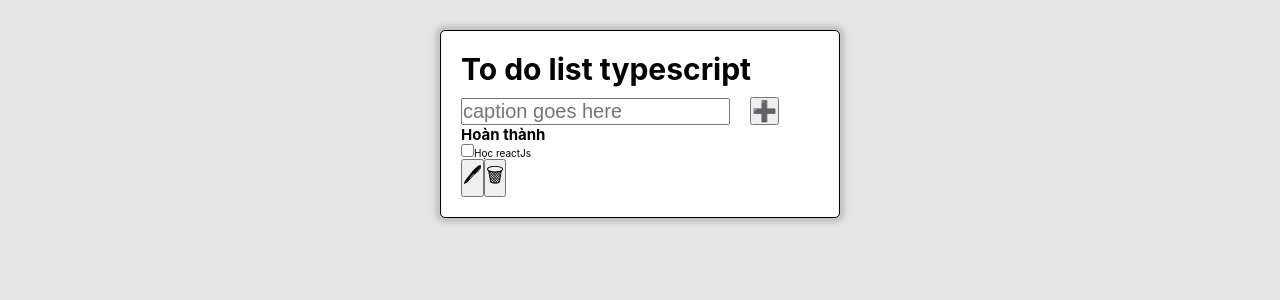
Repository: Nhatktvn/TodoListReactTs
Page: /
The author's editor kept a copy of each file at every save. The page is drawn from the files as they stood at one save, then again after the next save.
The browser window is 1280 px wide. The pictures show the whole page.
The project was rebuilt for these pictures with package versions that can differ from the ones it lists, and the page was loaded fresh each time. Also part of the build but not shown: src/components/TaskList/tasklist.module.scss.

Above is the page before, as saved 2023-11-08 08:46:03.

### src/index.css
* {
  margin: 0;
  padding: 0;
  box-sizing: border-box;
}

html {
  font-size: 10px;
  --font-size: 2rem;
}

body {
  margin: 0;
  font-family: -apple-system, BlinkMacSystemFont, 'Segoe UI', 'Roboto', 'Oxygen', 'Ubuntu', 'Cantarell', 'Fira Sans',
    'Droid Sans', 'Helvetica Neue', sans-serif;
  -webkit-font-smoothing: antialiased;
  -moz-osx-font-smoothing: grayscale;
  background-color: #e5e5e5;
}

input,
button {
  font-size: var(--font-size);
}
code {
  font-family: source-code-pro, Menlo, Monaco, Consolas, 'Courier New', monospace;
}

### src/App.tsx
import React from 'react'
import './App.css'
import TodoList from './components/TodoList/TodoList'

function App() {
  return (
    <div className='App'>
      <TodoList />
    </div>
  )
}

export default App

### src/components/TodoList/TodoList.tsx
import React from 'react'
import styles from './todoList.module.scss'
import TaskInput from '../TaskInput/TaskInput'
import TaskList from '../TaskList/TaskList'
export default function TodoList() {
  return (
    <div className={styles.todoList}>
      <div className={styles.todoListContainer}>
        <TaskInput />
        <TaskList />
      </div>
    </div>
  )
}

### src/components/TodoList/todoList.module.scss
.todoList {
  padding: 3rem;
}
.todoListContainer {
  background-color: #fff;
  padding: 2rem;
  max-width: 40rem;
  border-radius: 5px;
  margin: 0 auto;
  border: 1px solid #000;
  box-shadow: 0px 0px 5px 5px #c4c4c4;
  text-align: left;
}

### src/components/TaskInput/TaskInput.tsx
import React from 'react'
import styles from './taskInput.module.scss'
export default function TaskInput() {
  return (
    <div>
      <h1 className={styles.title}>To do list typescript</h1>
      <form className={styles.form}>
        <input type='text' placeholder='caption goes here' />
        <button type='submit'>➕</button>
      </form>
    </div>
  )
}

### src/components/TaskList/TaskList.tsx
import React from 'react'
import styles from './tasklist.module.scss'
export default function TaskList() {
  return (
    <div>
      <h2 className={styles.title}>Hoàn thành</h2>
      <div className={styles.tasks}>
        <div className={styles.task}>
          <input type='checkbox' />
          <span>Học reactJs</span>
          <div className={styles.taskAction}>
            <button className={styles.btn}>🖊</button>
            <button className={styles.btn}>🗑</button>
          </div>
        </div>
      </div>
    </div>
  )
}

### src/components/TaskInput/taskInput.module.scss
.title {
  font-size: 3rem;
  margin-bottom: 1rem;
}

.form {
  display: flex;
  justify-content: left;
  align-items: center;
  gap: 2rem;
}

Loaded but not shown: public/index.html (common file); src/index.tsx (common file); src/reportWebVitals.ts (common file); src/App.css (common file)

After the next save:
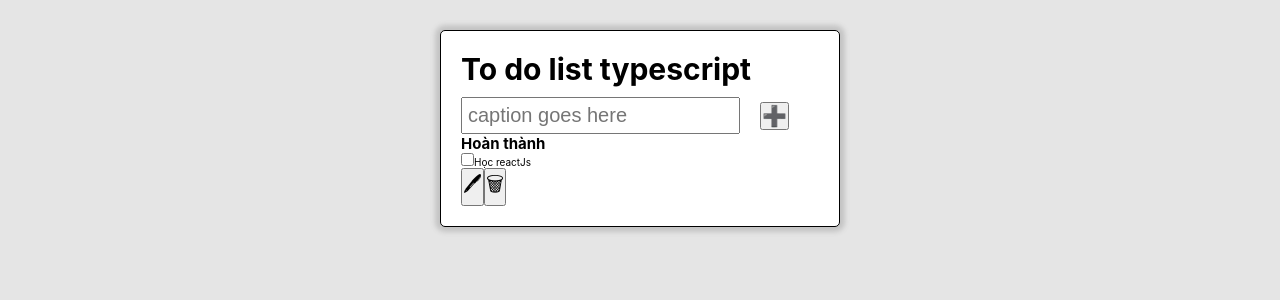
Saved 17 s later.
--- a/src/components/TaskInput/taskInput.module.scss
+++ b/src/components/TaskInput/taskInput.module.scss
@@ -8,4 +8,7 @@
   justify-content: left;
   align-items: center;
   gap: 2rem;
+  input {
+    padding: 5px;
+  }
 }
